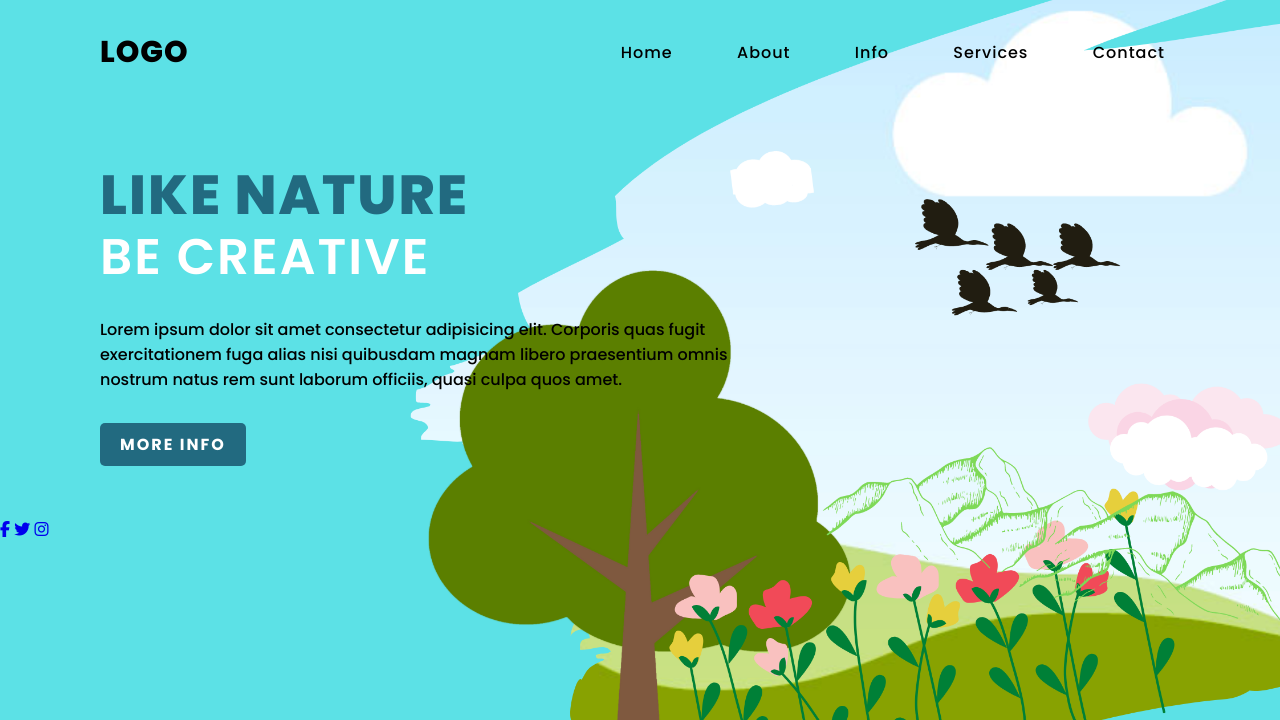
Repository: nganha241/CreativeNature
Page: index.html
The author's editor kept a copy of each file at every save. The page is drawn from the files as they stood at one save, then again after the next save.
The browser window is 1280 px wide. The pictures show the whole page.
Some web libraries are served in a nearby version.

Above is the page before, as saved 2022-06-18 08:59:03.

After the next save:
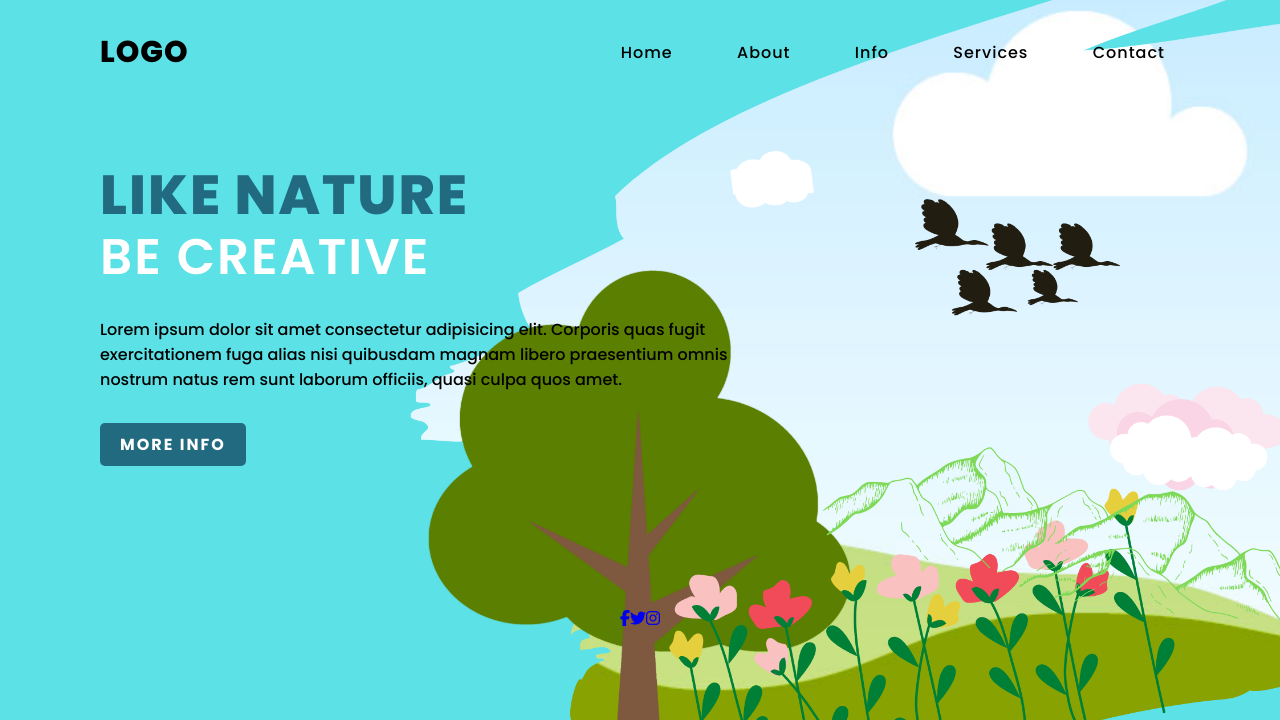
Saved 13 s later.
--- a/index.html
+++ b/index.html
@@ -35,7 +35,7 @@
           <a href="#" class="info-btn">More Info</a>
         </div>
       </div>
-      <div class="media-ions">
+      <div class="media-icons">
         <a href="#"><i class="fa fa-facebook"></i></a>
         <a href="#"><i class="fa fa-twitter"></i></a>
         <a href="#"><i class="fa fa-instagram" aria-hidden="true"></i></a>
